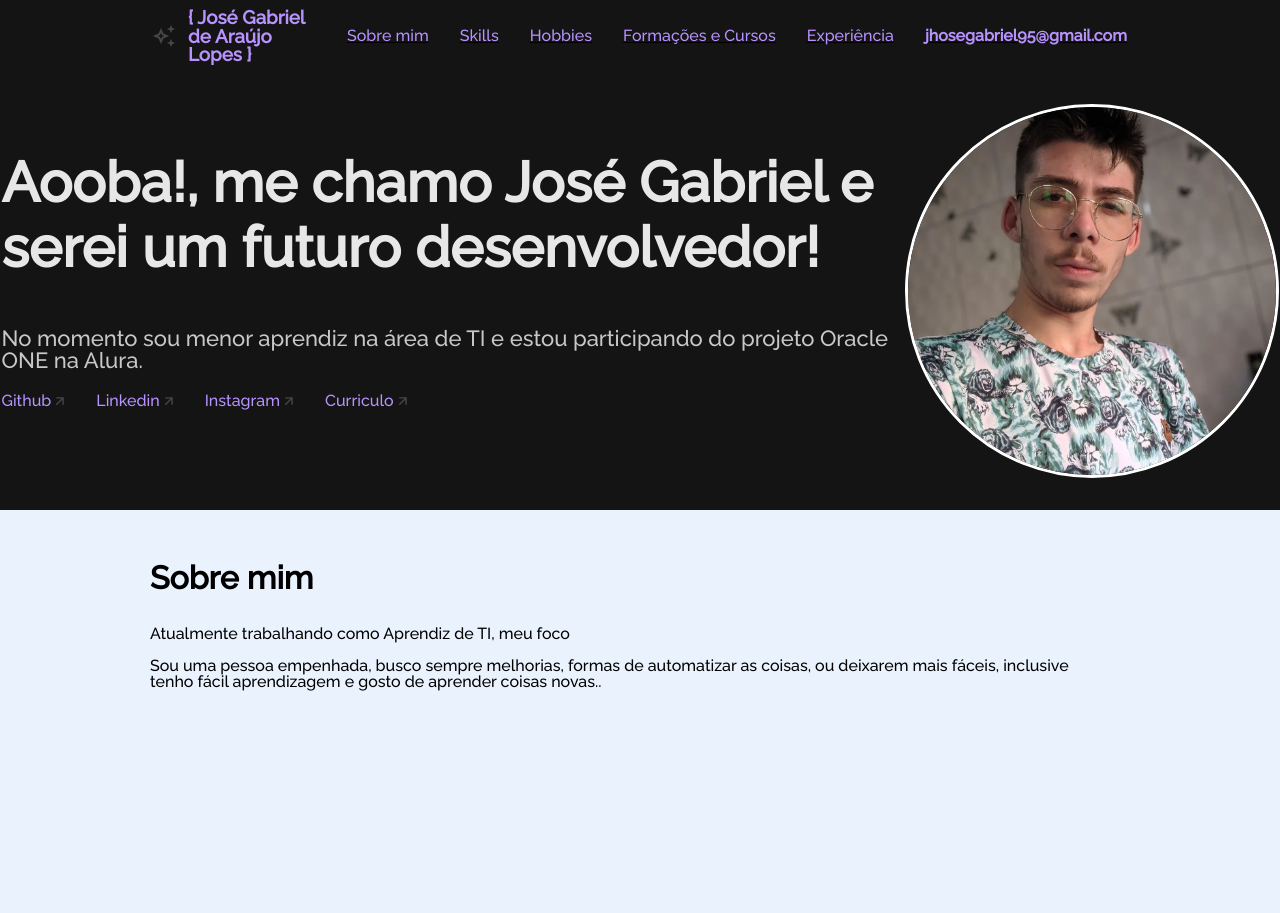
Repository: GabbLps/Portfolio
Page: index.html
An editor plug-in stored every save of this project. The page is shown before and after the next save, followed by the edit.
The browser window is 1280 px wide. The pictures show the whole page.

Above is the page before, as saved 2022-06-23 12:13:55.

After the next save:
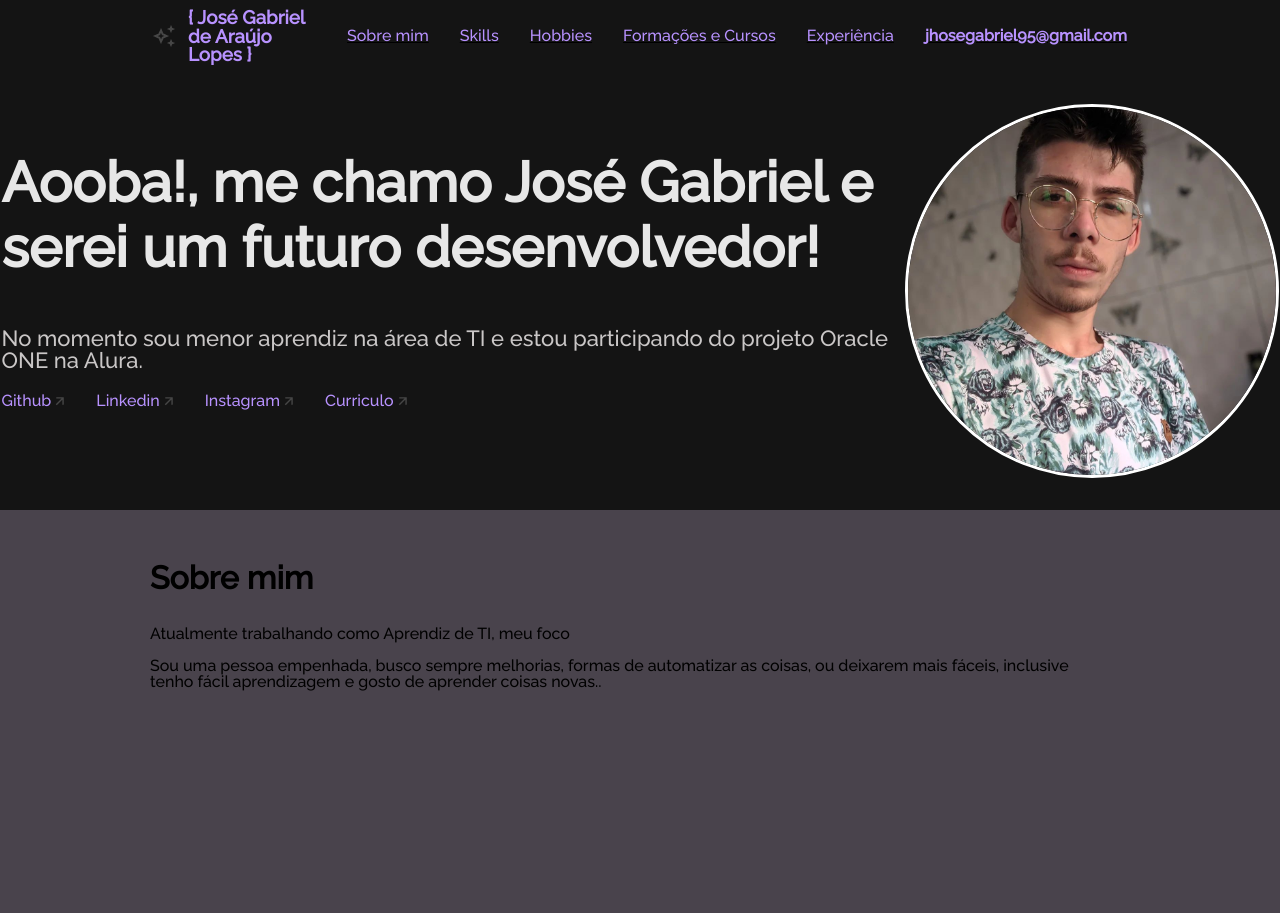
Saved 13 s later.
--- a/style.css
+++ b/style.css
@@ -132,7 +132,7 @@
 section.about{
     width: auto;
     height: 383px;
-    background-color: #EAF2FD;
+    background-color: var(--cor-de-fundo-secundaria);
     padding-top: 20px;
     padding-left: 150px;
     padding: auto;
